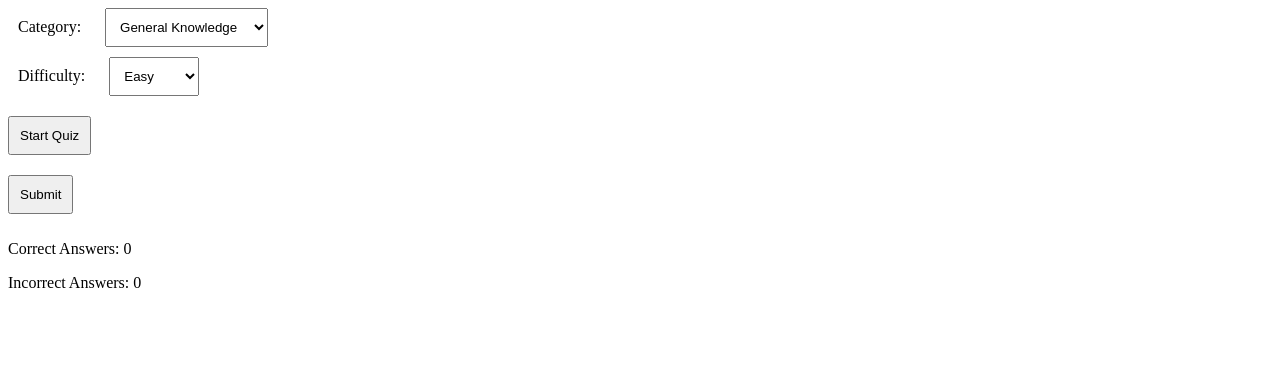
Repository: Kayla-amr/triviaSvelte
Page: /
The author's editor kept a copy of each file at every save. The page is drawn from the files as they stood at one save, then again after the next save.
The browser window is 1280 px wide. The pictures show the whole page.
The project was rebuilt for these pictures with package versions that can differ from the ones it lists, and the page was loaded fresh each time. The framework's server and built-in components were replaced by stand-ins that run in the browser. Also part of the build but not shown: svelte.config.js, vite.config.js.

Above is the page before, as saved 2023-03-18 09:29:19.

### src/routes/+page.svelte
<script>


	let questions = [];

	function startQuiz() {
		const category = document.getElementById('category').value;
		const difficulty = document.getElementById('difficulty').value;


		const apiUrl = `https://opentdb.com/api.php?amount=10&category=${category}&difficulty=${difficulty}&type=multiple`;
        console.log(apiUrl);

        fetch(apiUrl)
            .then((response) => response.json())
            .then((data) => {
                questions = data.results;
            });
	}


	let correctAnswers = 0;
	let incorrectAnswers = 0;
	let unanswered = 0;

	function submitTrivia() {

		for (let i = 0; i < questions.length; i++) {
			let question = questions[i].question;
			let correctAnswer = questions[i].correct_answer;
			let incorrectAnswers = questions[i].incorrect_answers;
			let userAnswer = document.querySelector(`input[name="${question}"]:checked`).value;


			if (userAnswer === correctAnswer) {
				correctAnswers++;
			} else if (userAnswer === undefined) {
				unanswered++;
			} else {
				incorrectAnswers++;
			}
		}
	}
</script>
<div ></div>

<div>
	<form id="quiz-form">

		<label for="category">Category:</label>
		<select id="category" name="category">
			<option value="9">General Knowledge</option>
			<option value="10">Books</option>
			<option value="11">Film</option>
			<option value="12">Music</option>
            <option value="13">Musicals & Theatres</option>
			<!-- Add more options for other categories -->
		</select><br />

		<label for="difficulty">Difficulty:</label>
		<select id="difficulty" name="difficulty">
			<option value="easy">Easy</option>
			<option value="medium">Medium</option>
			<option value="hard">Hard</option>
		</select><br />


		<button on:click={startQuiz}>Start Quiz</button>
	</form>
</div>

<div>
	<form action="triviaQuestions">
		{#each questions as question}
			<p>{@html question.question}</p>
			<input
				type="radio"
				name={question.question}
				value={question.correct_answer}
				id="correctAnswer"
			/>{@html question.correct_answer}<br />
			{#each question.incorrect_answers as incorrect}
				<input
					type="radio"
					name={question.question}
					value={incorrect}
					id="IncorrectAnswer"
				/>{@html incorrect}<br />
			{/each}
		{/each}

		<button on:click={submitTrivia}>Submit</button>
	</form>

	<div>
		<p>Correct Answers: {correctAnswers}</p>
		<p>Incorrect Answers: {incorrectAnswers}</p>
	</div>
</div>

<style>
    .triviaApp {
        padding: 2%;
    }

    label {
        padding: 10px;
    }
    select {
        margin: 0 10px 10px;
        padding: 10px;
    }
    button {
        padding: 10px;
        margin: 10px 0 10px 0;
    }
</style>

Loaded but not shown: src/app.html (common file)

After the next save:
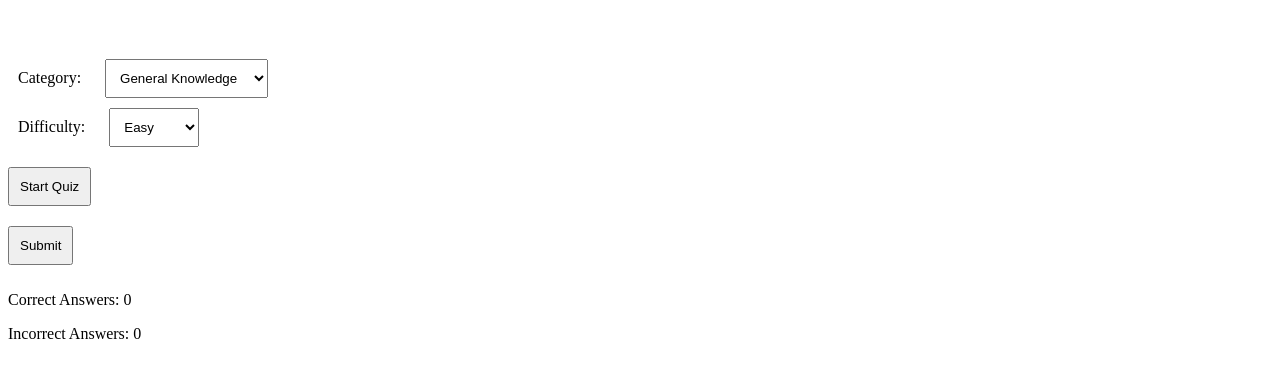
Saved 7 s later.
--- a/src/routes/+page.svelte
+++ b/src/routes/+page.svelte
@@ -42,7 +42,7 @@
 		}
 	}
 </script>
-<div ></div>
+<div class="triviaApp"></div>
 
 <div>
 	<form id="quiz-form">
